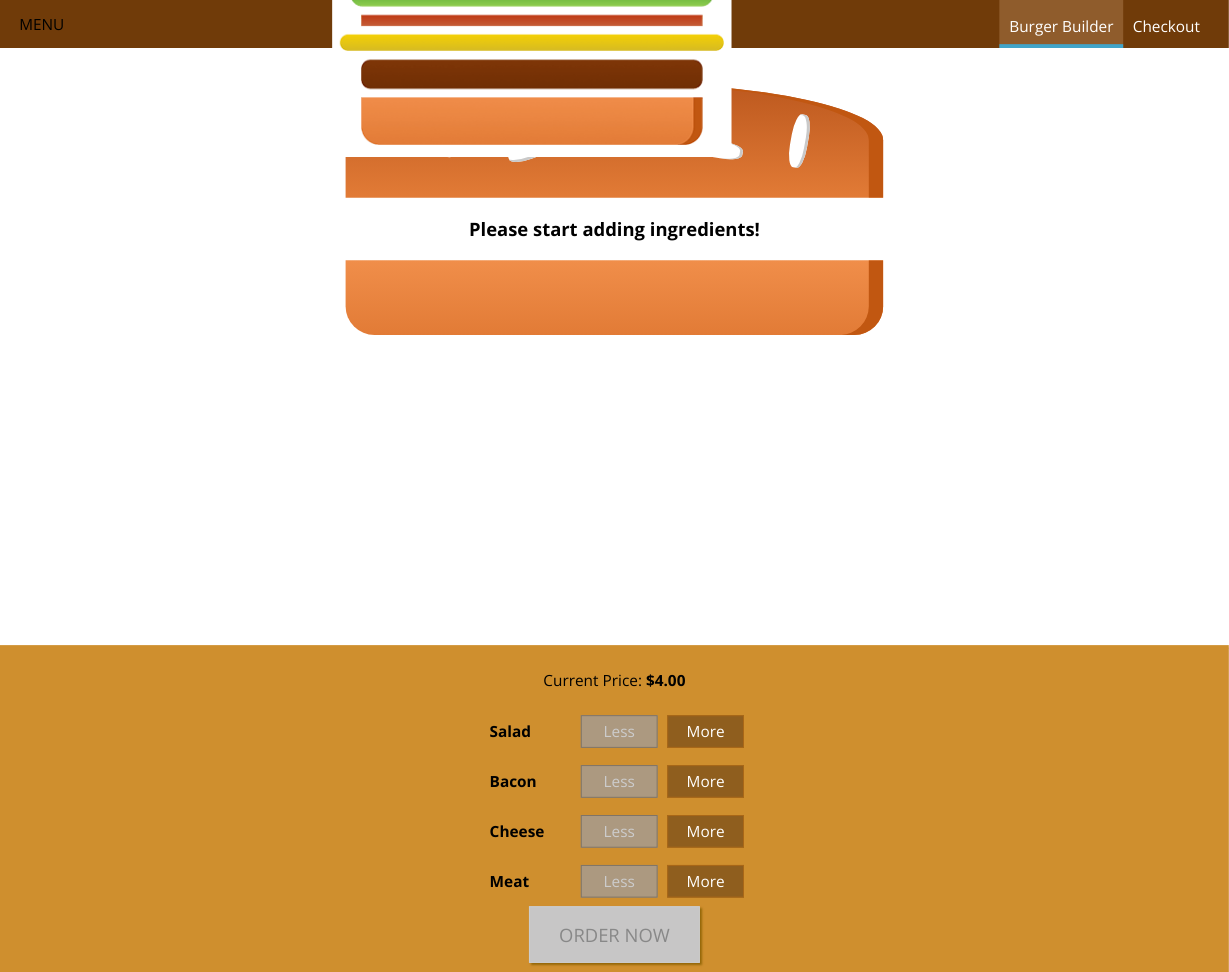
Repository: AbdulMutaal/Burger-Builder
Page: /
The author's editor kept a copy of each file at every save. The page is drawn from the files as they stood at one save, then again after the next save.
The browser window is 1280 px wide. The pictures show the whole page, at 96% of full size.
The project was rebuilt for these pictures with package versions that can differ from the ones it lists, and the page was loaded fresh each time. Also part of the build but not shown: src/components/UI/Backdrop/Backdrop.module.css, src/components/UI/Backdrop/Backdrop.js.

Above is the page before, as saved 2021-12-08 13:21:52.

After the next save:
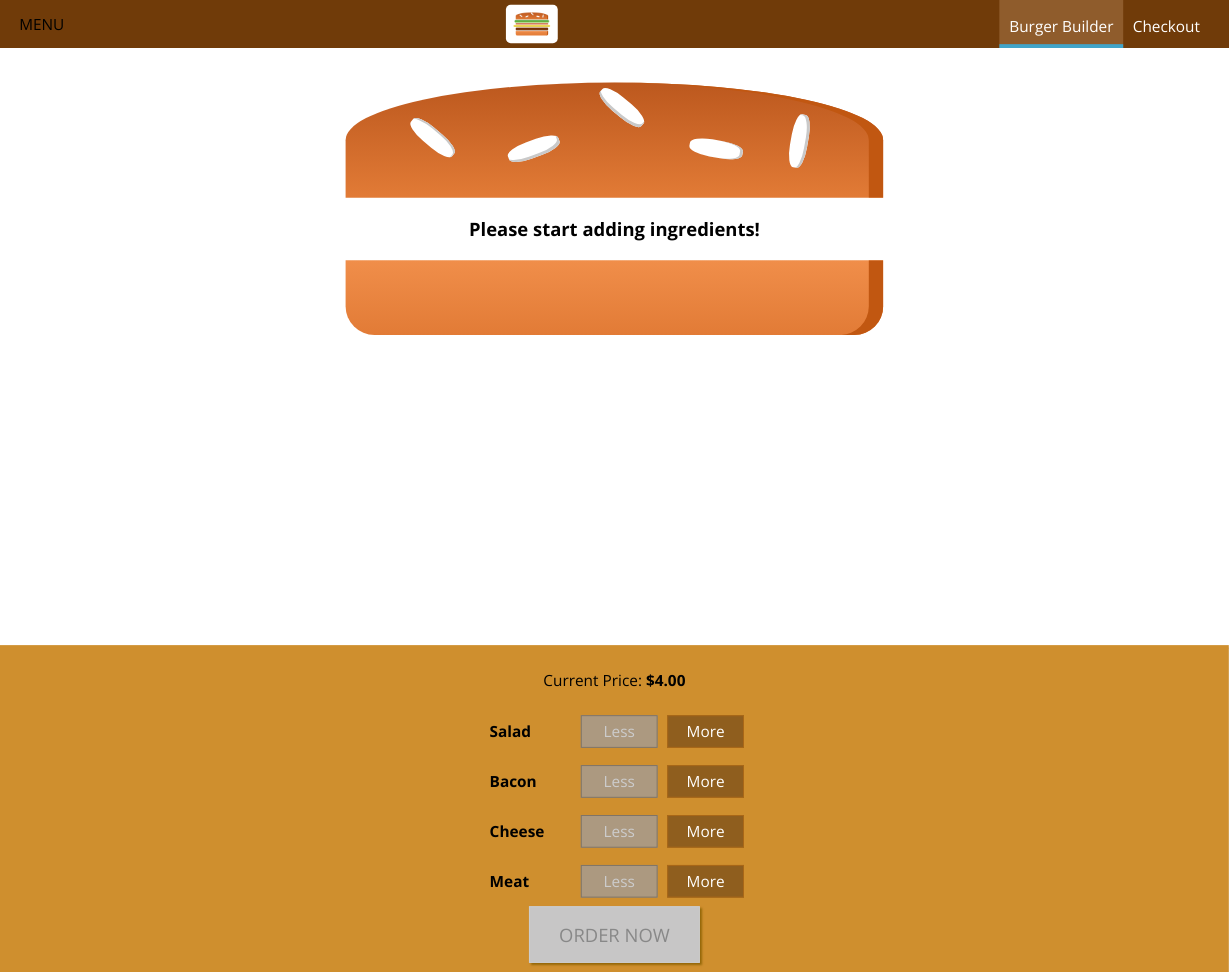
Saved 46 s later.
--- a/src/components/Navigation/Toolbar/Toolbar.module.css
+++ b/src/components/Navigation/Toolbar/Toolbar.module.css
@@ -16,3 +16,7 @@
 .Toolbar nav {
     height: 100%;
 }
+
+.Logo {
+    height: 80%;
+}
